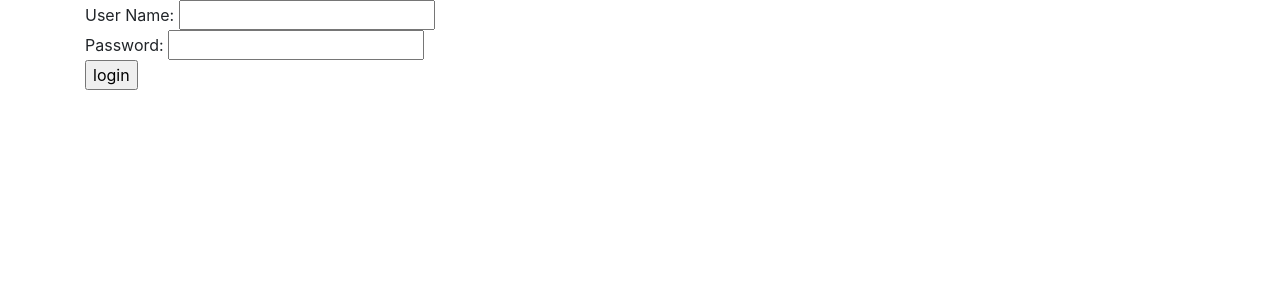
Repository: kiiigaaa/User_Profile
Page: http://localhost/GroceryOrdering/login.jsp
The author's editor kept a copy of each file at every save. The page is drawn from the files as they stood at one save, then again after the next save.
The browser window is 1280 px wide. The pictures show the whole page.
The page is served by Tomcat 9.

Above is the page before, as saved 2022-11-14 07:22:35.

After the next save:
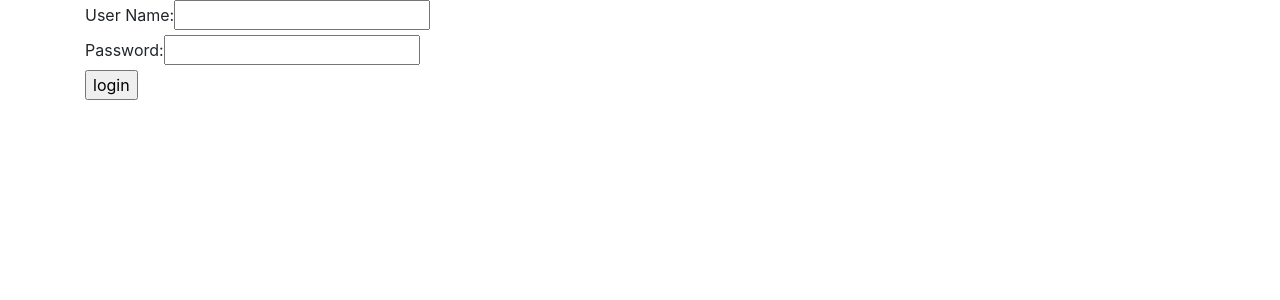
Saved 52 s later.
--- a/GroceryOrdering/src/main/webapp/login.jsp
+++ b/GroceryOrdering/src/main/webapp/login.jsp
@@ -12,8 +12,8 @@
 	<div class="container">
 	<form action="login" method="post">
 
-		User Name: <input type="text" name="uname"><br>
-		Password: <input type="password" name="pw"><br>
+		<label for="uname">User Name: </label><input type="text" name="uname"><br>
+		<label for="psw">Password: </label><input type="password" name="pw"><br>
 
 		<input type="submit" name="submit" value="login">
 
